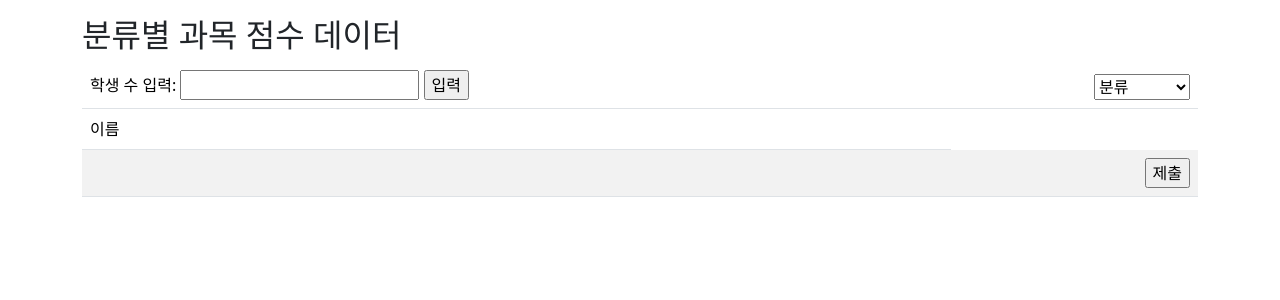
Repository: pshho/newJspProject
Page: http://localhost/JspProj/hwProject/categories
An editor plug-in stored every save of this project. The page is shown before and after the next save, followed by the edit.
The browser window is 1280 px wide. The pictures show the whole page.
The page is served by Tomcat 9.

Above is the page before, as saved 2023-08-01 06:21:34.

After the next save:
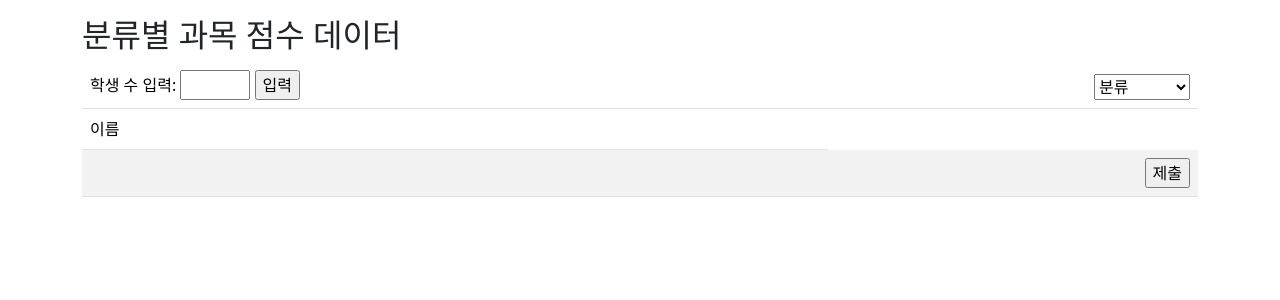
Saved 74 s later.
--- a/JspProj/src/main/webapp/hwProject/categories.jsp
+++ b/JspProj/src/main/webapp/hwProject/categories.jsp
@@ -39,7 +39,7 @@ crossorigin="anonymous"></script>
 						<!-- 학생 수 입력 받는 열 -->
 						<td>
 							<label for="namesCount">학생 수 입력: </label>
-							<input type="number" name="namesCount" value="${ nameCount }">
+							<input type="number" name="namesCount" value="${ nameCount }" style="width: 70px;">
 							<input type="submit" value="입력" onclick="categoriesChange()">
 						</td>
 						<!-- 카테고리 선택 -->
